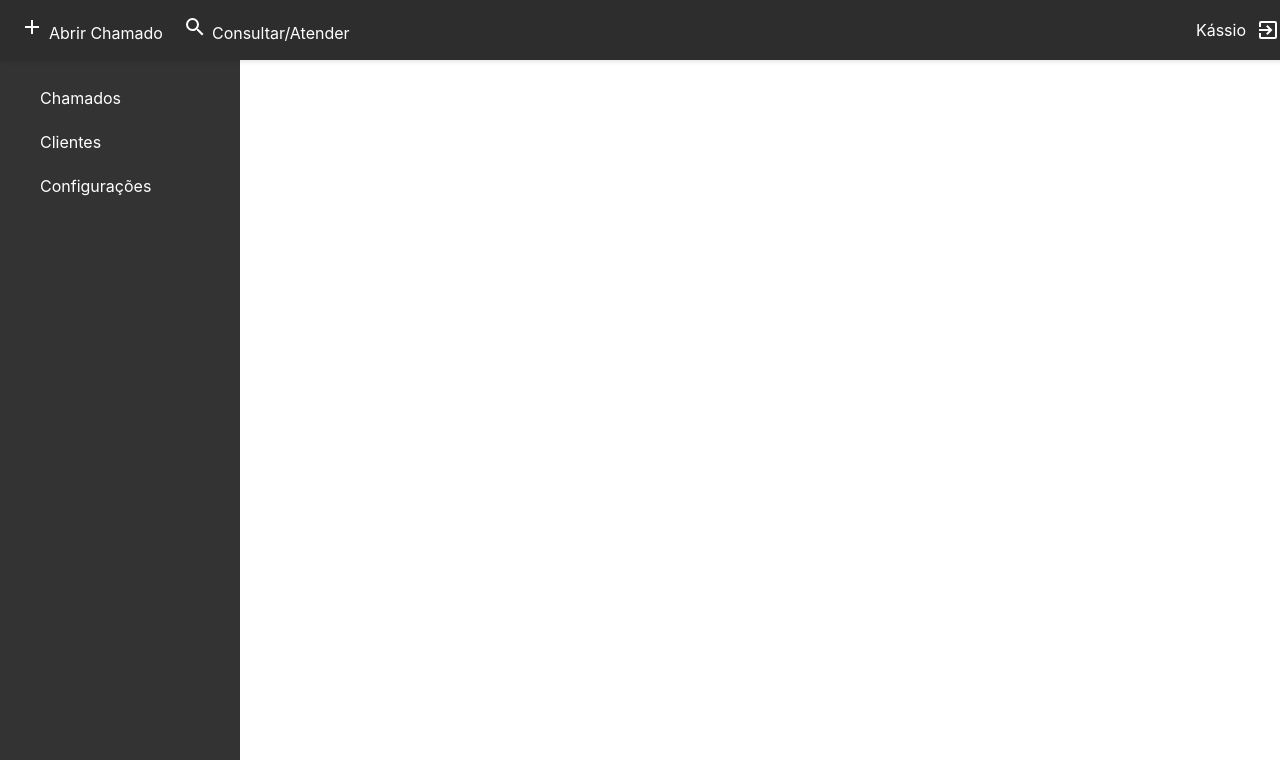
Repository: zkassimz/helpdesk
Page: /
The author's editor kept a copy of each file at every save. The page is drawn from the files as they stood at one save, then again after the next save.
The browser window is 1280 px wide. The pictures show the whole page.
The project was rebuilt for these pictures with package versions that can differ from the ones it lists, and the page was loaded fresh each time. Also part of the build but not shown: vite.config.js, src/components/css/Chamados.css, src/components/Chamados.jsx, src/components/Clientes.jsx, src/components/Configuracoes.jsx.

Above is the page before, as saved 2024-04-02 12:39:44.

### index.html
<!doctype html>
<html lang="en">

  <body>
    <div id="root"></div>
    <script type="module" src="/src/main.jsx"></script>
  </body>
</html>

### src/App.jsx
// src/App.js
import React, { useState } from 'react';
import AppBar from './components/AppBar'; // Importando o componente AppBar
import Sidebar from './components/Sidebar';
import Chamados from './components/Chamados';
import Clientes from './components/Clientes';
import Configuracoes from './components/Configuracoes';
import './App.css';

function App() {
  const [currentPage, setCurrentPage] = useState('Dashboard');

  const renderPage = () => {
    switch (currentPage) {
      case 'Chamados':
        return <Chamados />;
      case 'Clientes':
        return <Clientes />;
      case 'Configuracoes':
        return <Configuracoes />;
      default:
        return <div>Página não encontrada</div>;
    }
  };

  return (
    <div className="app">
      <AppBar />
      <div className="content">
        <Sidebar setCurrentPage={setCurrentPage} />
        <div className="main-content">
          {renderPage()}
        </div>
      </div>
    </div>
  );
}

export default App;

### src/components/AppBar.jsx

import React from 'react';
import { MdAdd, MdSearch, MdExitToApp } from 'react-icons/md';
import './css/AppBar.css';

const AppBar = () => {


  return (
    <div className="appbar">
      <div className="appbar-left">
        <div className="appbar-item">
          <MdAdd size={24} />
          <span>Abrir Chamado</span>
        </div>
        <div className="appbar-item" onClick={() => console.log("Consultar/Atender")}>
          <MdSearch size={24} />
          <span>Consultar/Atender</span>
        </div>
      </div>
      <div className="appbar-right">
        <span>Kássio </span>
        <div className="logout-button" onClick={() => console.log("Logout")}>
          <MdExitToApp size={24} />
        </div>
      </div>
    </div>
  );
};

export default AppBar;

### src/components/Sidebar.jsx
import React from 'react';
import './css/SideBar.css';

const Sidebar = ({ setCurrentPage }) => {
  const handleClick = (page) => {
    setCurrentPage(page);
  };

  return (
    <div className="sidebar">
      <div className="sidebar-header">

      </div>
      <ul className="menu">
        <li onClick={() => handleClick('Chamados')}>Chamados</li>
        <li onClick={() => handleClick('Clientes')}>Clientes</li>
        <li onClick={() => handleClick('Configurações')}>Configurações</li>
      </ul>
    </div>
  );
};

export default Sidebar;

### src/App.css

.app {
  display: grid;
  grid-template-rows: auto 1fr;
  height: 100vh;
}
.sidebar {
  width: 200px;
  background-color: #333;
  color: #fff;
}

.main-content {
  flex: 1;
  overflow-y: auto;
}

.content {
  display: flex;
}

.sidebar-header {
  padding: 20px;
  text-align: center;
}

.menu {
  list-style-type: none;
  padding: 0;
}

.menu li {
  padding: 10px 20px;
  cursor: pointer;
}

.menu li:hover {
  background-color: #555;
}

### src/components/css/AppBar.css


.appbar {
    background-color: #2e2d2d;
    color: #fff;
    display: flex;
    justify-content: space-between;
    align-items: center;
    padding: 0 20px;
    height: 60px;
    width: 100%;
    position: fixed;
    top: 0;
    z-index: 1000;
    box-shadow: 0 2px 4px rgba(0, 0, 0, 0.1);
  }

  .appbar-left, .appbar-right {
    display: flex;
    align-items: center;
  }

  .appbar-item, .logout-button {
    cursor: pointer;
    margin-right: 20px;
    text-decoration: none;
    color: inherit;
    transition: all 0.3s ease;
  }

  .appbar-item:hover, .logout-button:hover {
    transform: translateY(-2px);
  }

  .appbar-item span {
    margin-left: 5px;
  }

  .logout-button {
    display: flex;
    align-items: center;
  }

  .logout-button span {
    margin-right: 10px;
  }
  .appbar-right {
    display: flex;
    align-items: center;
  }

  .appbar-right span {
    margin-right: 10px;
  }

  .logout-button {
    display: flex;
    align-items: center;
  }

### src/components/css/SideBar.css
.sidebar {
    width: 100px;
    background-color: #333;
    color: #fff;
    height: 100vh;
    padding: 20px;
  }

  .sidebar.open {
    width: 0;
  }

  @media (max-width: 768px) {
    .sidebar {
      width: 100%;
    }
  }


  @media (min-width: 1024px) {
    .sidebar {
      width: 300px;
    }
  }

Loaded but not shown: src/main.jsx (common file); src/index.css (common file)

After the next save:
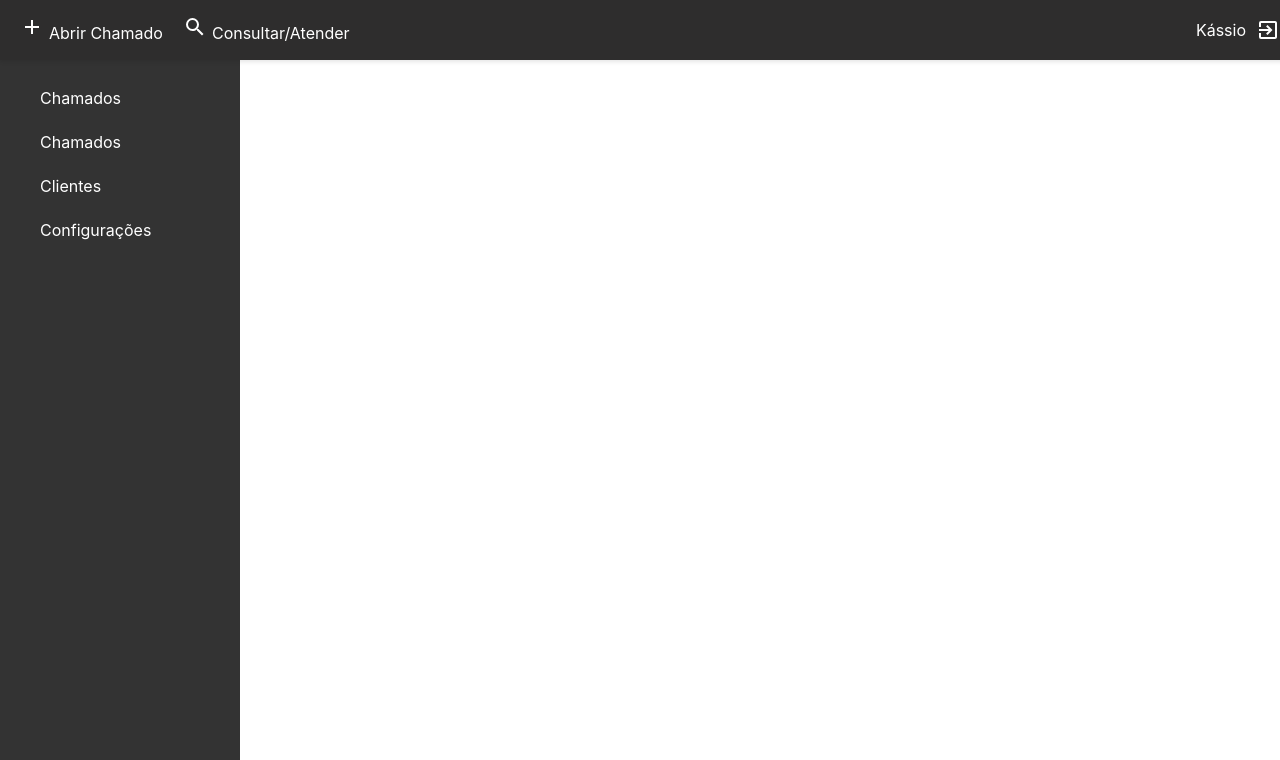
Saved 28 s later.
--- a/src/components/Sidebar.jsx
+++ b/src/components/Sidebar.jsx
@@ -13,6 +13,7 @@ const Sidebar = ({ setCurrentPage }) => {
       </div>
       <ul className="menu">
         <li onClick={() => handleClick('Chamados')}>Chamados</li>
+        <li onClick={() => handleClick('Chamados')}>Chamados</li>
         <li onClick={() => handleClick('Clientes')}>Clientes</li>
         <li onClick={() => handleClick('Configurações')}>Configurações</li>
       </ul>
